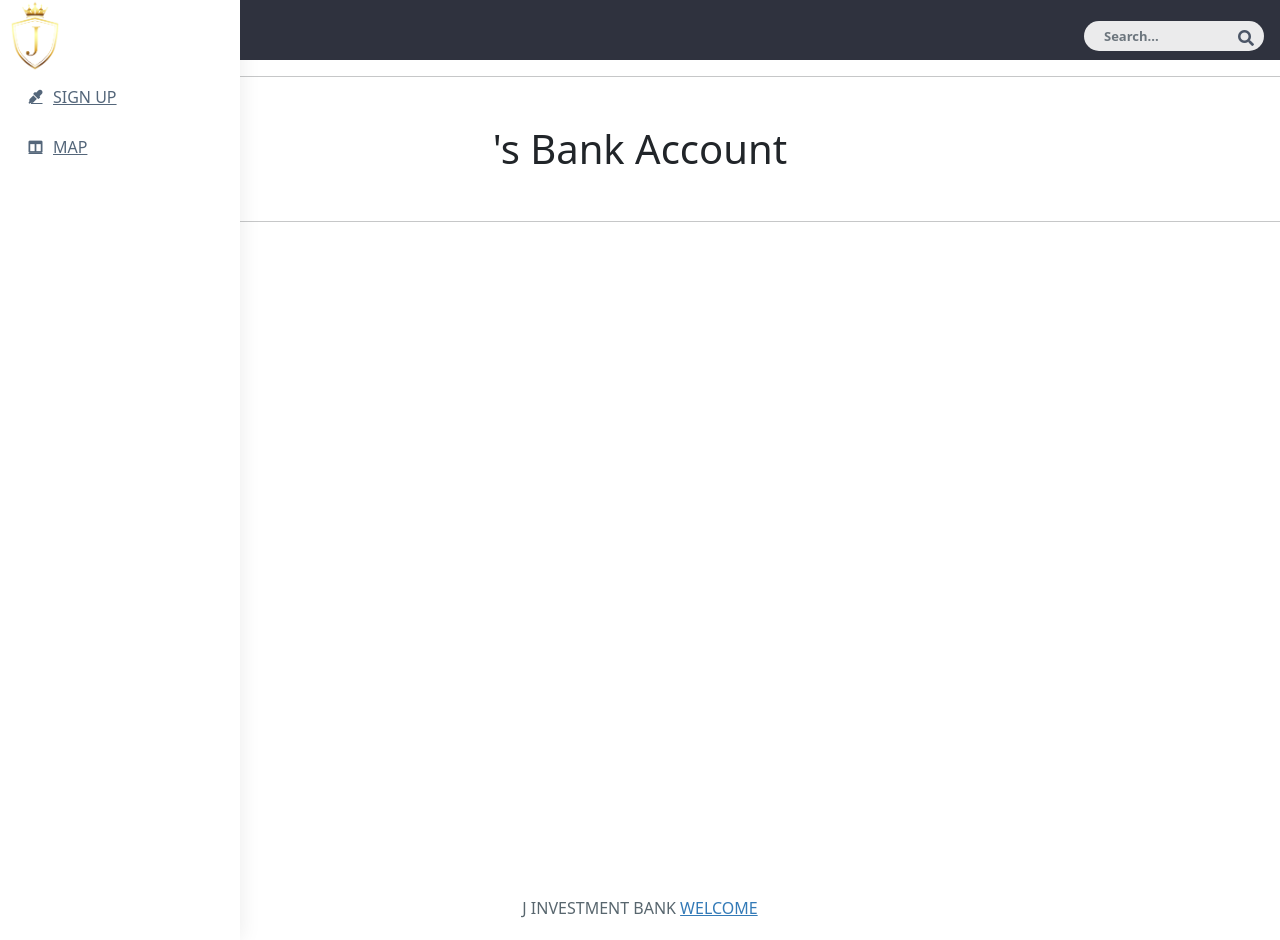
Repository: chopilyeon/HanaOpenBanking
Page: http://localhost/OpenBanking/jsp/bank/checkAccount.jsp
An editor plug-in stored every save of this project. The page is shown before and after the next save, followed by the edit.
The browser window is 1280 px wide. The pictures show the whole page.
Some web fonts or font styles are not loaded; a fallback is used. The page is served by Tomcat 9.

Above is the page before, as saved 2022-08-01 11:19:01.
Console error: TypeError: Cannot read properties of null (reading 'querySelector')

After the next save:
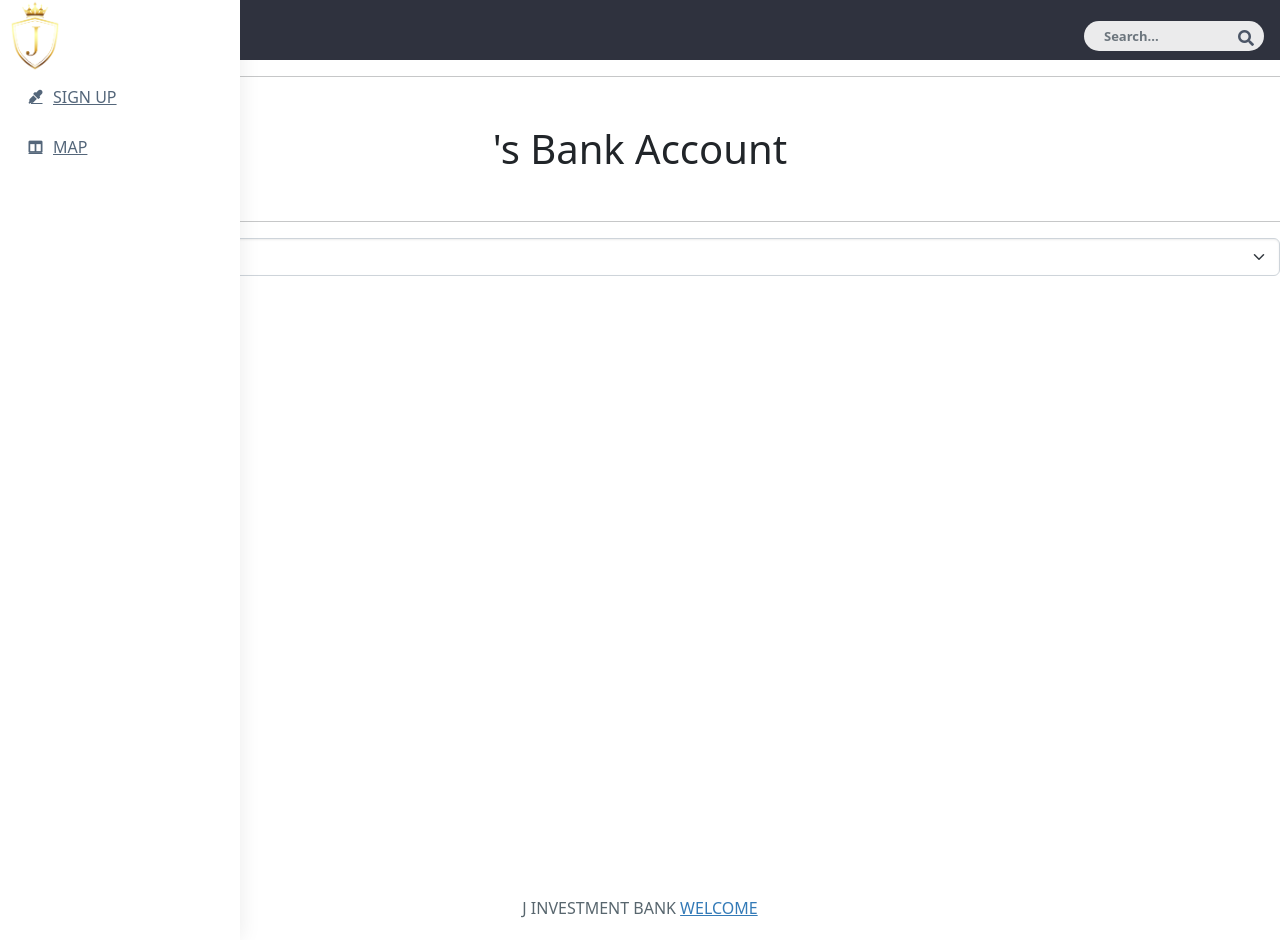
Saved 12 s later.
--- a/OpenBanking/src/main/webapp/jsp/bank/checkAccount.jsp
+++ b/OpenBanking/src/main/webapp/jsp/bank/checkAccount.jsp
@@ -63,6 +63,15 @@
 	</h1>
 	<hr>
 
+		 <select class="mb-3 form-select" name="withdrawalBankName" id="withdrawalAccountBank" onchange="selectBoxChange(this.value);">
+								<option value="none">SELECT BANK</option>
+								<option value="J_INVESTMENT_BANK">J_INVESTMENT_BANK</option>
+								<option value="BK_BANK">BK_BANK</option>
+								<option value="BERRY_BANK">BERRY_BANK</option>
+								<option value="JH_BANK">JH_BANK</option>
+							</select>
+                            <h3 class="box-title">MY ACCOUNT</h3>
+                            <ul class="list-inline two-part mb-0" id="MyAccount">
 	<div class="social-box m-2 p-2">
 	    <div class="container">
 	     	<div class="row m-5">
